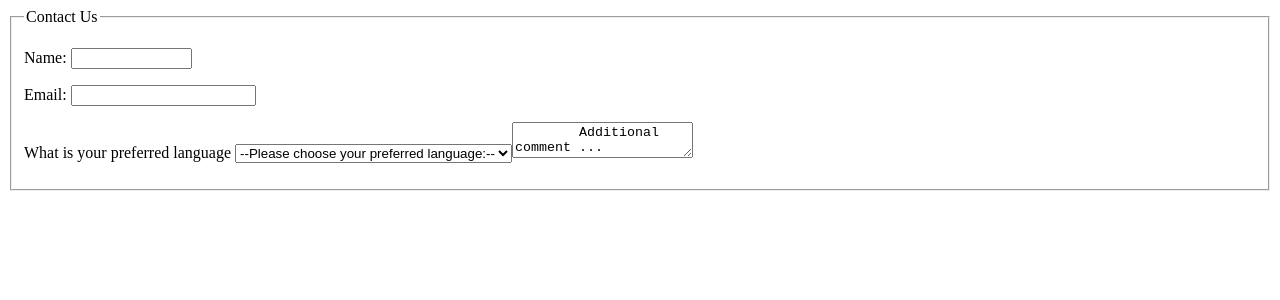
Repository: samuraijane/dc-builders
Page: week6/1-tuesday/homework/exercise2/index.html
The author's editor kept a copy of each file at every save. The page is drawn from the files as they stood at one save, then again after a run of saves.
The browser window is 1280 px wide. The pictures show the whole page.

Above is the page before, as saved 2020-08-13 18:50:12.

After the next 2 saves:
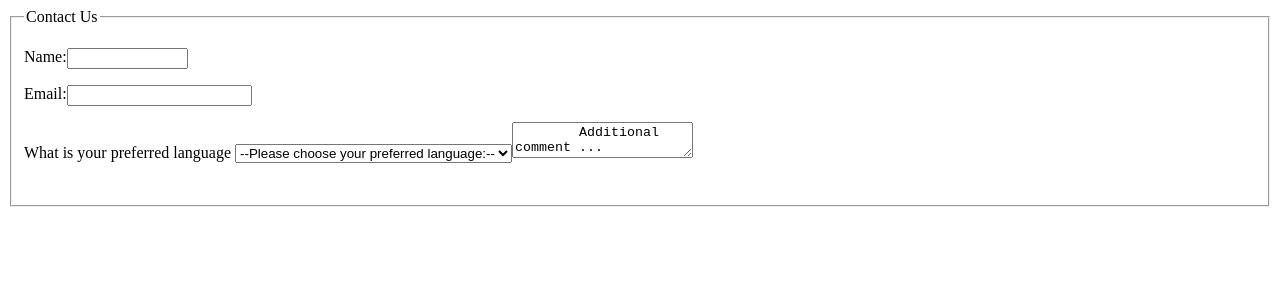
The 2 saves are shown as one change because they came seconds apart.
The last was saved 9 s later.
--- a/week6/1-tuesday/homework/exercise2/style.css
+++ b/week6/1-tuesday/homework/exercise2/style.css
@@ -1,3 +1,3 @@
 p {
-    display:
+    display: flex;
 }
